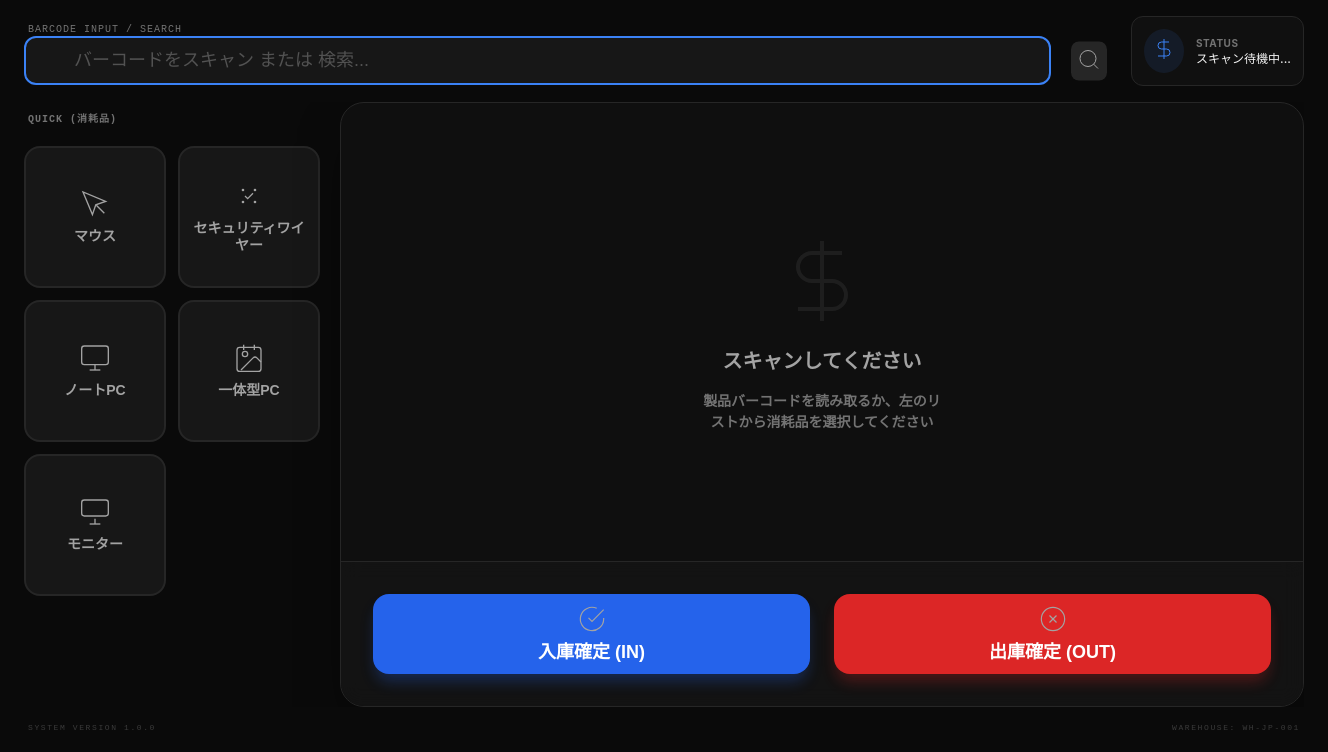
Repository: t-morika/Souko2_app
Page: index.html
An editor plug-in stored every save of this project. The page is shown before and after the next save, followed by the edit.
The browser window is 1280 px wide. The page is 1328 px wide, so the pictures cover 1328 px, including what lies to the right of the window. The pictures show the whole page.
The page's requests for data from a server got no answer.

Above is the page before, as saved 2026-04-29 10:57:02.

### index.html
<!DOCTYPE html>
<html lang="ja">
<head>
    <meta charset="UTF-8">
    <meta name="viewport" content="width=device-width, initial-scale=1.0">
    <title>PC機器在庫管理</title>
    <link rel="stylesheet" href="/static/style.css">
</head>
<body>
    <div class="app">
        <!-- Header / Input Section -->
        <header class="header">
            <div class="barcode-input-container">
                <label class="input-label">Barcode Input / Search</label>
                <div class="input-group">
                    <input
                        type="text"
                        id="barcode"
                        placeholder="バーコードをスキャン または 検索..."
                        class="barcode-input"
                    />
                    <button id="search-barcode" class="search-btn">
                        <svg class="icon" viewBox="0 0 24 24" fill="none" stroke="currentColor">
                            <circle cx="11" cy="11" r="8"></circle>
                            <path d="m21 21-4.35-4.35"></path>
                        </svg>
                    </button>
                </div>
            </div>
            <div class="status-indicator">
                <div class="status-icon">
                    <svg class="icon" viewBox="0 0 24 24" fill="none" stroke="currentColor">
                        <path d="M12 2v20M17 5H9.5a3.5 3.5 0 0 0 0 7h5a3.5 3.5 0 0 1 0 7H6"></path>
                    </svg>
                </div>
                <div class="status-text">
                    <span class="status-label">Status</span>
                    <span class="status-value">スキャン待機中...</span>
                </div>
            </div>
        </header>

        <main class="main">
            <!-- Quick Selection Section -->
            <section class="quick-section">
                <h2 class="section-title">Quick (消耗品)</h2>
                <div class="quick-grid">
                    <button class="quick-btn" data-product-id="1">
                        <svg class="icon" viewBox="0 0 24 24" fill="none" stroke="currentColor">
                            <path d="M3 3l7.07 16.97 2.51-7.39 7.39-2.51L3 3z"></path>
                            <path d="M13 13l6 6"></path>
                        </svg>
                        <span>マウス</span>
                    </button>
                    <button class="quick-btn" data-product-id="2">
                        <svg class="icon" viewBox="0 0 24 24" fill="none" stroke="currentColor">
                            <path d="M9 12l2 2 4-4"></path>
                            <circle cx="7.5" cy="7.5" r=".5"></circle>
                            <circle cx="16.5" cy="7.5" r=".5"></circle>
                            <circle cx="7.5" cy="16.5" r=".5"></circle>
                            <circle cx="16.5" cy="16.5" r=".5"></circle>
                        </svg>
                        <span>セキュリティワイヤー</span>
                    </button>
                    <button class="quick-btn" data-product-id="3">
                        <svg class="icon" viewBox="0 0 24 24" fill="none" stroke="currentColor">
                            <rect width="20" height="14" x="2" y="3" rx="2"></rect>
                            <line x1="8" x2="16" y1="21" y2="21"></line>
                            <line x1="12" x2="12" y1="17" y2="21"></line>
                        </svg>
                        <span>ノートPC</span>
                    </button>
                    <button class="quick-btn" data-product-id="4">
                        <svg class="icon" viewBox="0 0 24 24" fill="none" stroke="currentColor">
                            <rect width="18" height="18" x="3" y="4" rx="2" ry="2"></rect>
                            <line x1="16" x2="16" y1="2" y2="6"></line>
                            <line x1="8" x2="8" y1="2" y2="6"></line>
                            <circle cx="9" cy="9" r="2"></circle>
                            <path d="m21 15-3.086-3.086a2 2 0 0 0-2.828 0L6 21"></path>
                        </svg>
                        <span>一体型PC</span>
                    </button>
                    <button class="quick-btn" data-product-id="5">
                        <svg class="icon" viewBox="0 0 24 24" fill="none" stroke="currentColor">
                            <rect width="20" height="12" x="2" y="3" rx="2"></rect>
                            <line x1="8" x2="16" y1="21" y2="21"></line>
                            <line x1="12" x2="12" y1="17" y2="21"></line>
                        </svg>
                        <span>モニター</span>
                    </button>
                </div>
            </section>

            <!-- Info & Quantity Section -->
            <section class="product-section" id="product-section">
                <div class="product-detail" id="product-detail">
                    <div class="product-header">
                        <div class="product-info">
                            <span class="category-label" id="category-label">カテゴリ</span>
                            <h1 class="product-name" id="product-name">製品を選択してください</h1>
                        </div>
                        <button id="clear-product" class="clear-btn">
                            <svg class="icon" viewBox="0 0 24 24" fill="none" stroke="currentColor">
                                <path d="M3 6h18"></path>
                                <path d="M19 6v14c0 1-1 2-2 2H7c-1 0-2-1-2-2V6"></path>
                                <path d="M8 6V4c0-1 1-2 2-2h4c1 0 2 1 2 2v2"></path>
                            </svg>
                        </button>
                    </div>

                    <div class="product-tags" id="product-tags">
                        <!-- Tags will be populated here -->
                    </div>

                    <!-- Quantity Adjustment -->
                    <div class="quantity-adjust">
                        <span class="section-label">Adjust Quantity</span>
                        <div class="quantity-controls">
                            <button id="quantity-minus" class="quantity-btn">
                                <svg class="icon" viewBox="0 0 24 24" fill="none" stroke="currentColor">
                                    <path d="M5 12h14"></path>
                                </svg>
                            </button>
                            <input type="number" id="quantity" min="1" value="1" class="quantity-input">
                            <button id="quantity-plus" class="quantity-btn">
                                <svg class="icon" viewBox="0 0 24 24" fill="none" stroke="currentColor">
                                    <path d="M12 5v14"></path>
                                    <path d="M5 12h14"></path>
                                </svg>
                            </button>
                        </div>
                    </div>
                </div>

                <!-- Execution Section -->
                <div class="execution-section">
                    <button id="stock-in" class="action-btn in-btn">
                        <svg class="icon" viewBox="0 0 24 24" fill="none" stroke="currentColor">
                            <path d="M22 11.08V12a10 10 0 1 1-5.93-9.14"></path>
                            <polyline points="22,4 12,14.01 9,11.01"></polyline>
                        </svg>
                        <span>入庫確定 (IN)</span>
                    </button>
                    <button id="stock-out" class="action-btn out-btn">
                        <svg class="icon" viewBox="0 0 24 24" fill="none" stroke="currentColor">
                            <circle cx="12" cy="12" r="10"></circle>
                            <path d="m15 9-6 6"></path>
                            <path d="m9 9 6 6"></path>
                        </svg>
                        <span>出庫確定 (OUT)</span>
                    </button>
                </div>
            </section>
        </main>

        <!-- Notifications -->
        <div class="notifications" id="notifications"></div>

        <!-- Footer -->
        <footer class="footer">
            <span>System Version 1.0.0</span>
            <span>Warehouse: WH-JP-001</span>
        </footer>
    </div>
    <script src="/static/script.js"></script>
</body>
</html>

### style.css
/* Dark theme inspired by inventory-flow-pro */
body {
    margin: 0;
    padding: 0;
    font-family: 'Inter', -apple-system, BlinkMacSystemFont, 'Segoe UI', Roboto, sans-serif;
    background-color: #0a0a0a;
    color: #f5f5f5;
    height: 100vh;
    width: 100vw;
    overflow: hidden;
}

.app {
    display: flex;
    flex-direction: column;
    height: 100vh;
    width: 100vw;
    padding: 1rem 1.5rem;
    gap: 1rem;
}

/* Header */
.header {
    display: grid;
    grid-template-columns: 1fr auto;
    gap: 1rem;
    flex-shrink: 0;
}

.input-label {
    font-size: 10px;
    font-family: 'JetBrains Mono', monospace;
    text-transform: uppercase;
    letter-spacing: 0.1em;
    color: #737373;
    margin-left: 0.25rem;
    margin-bottom: 0.25rem;
}

.input-group {
    position: relative;
}

.barcode-input {
    width: 85%;
    background-color: #171717;
    border: 2px solid #262626;
    border-radius: 0.75rem;
    padding: 0.75rem 3rem 0.75rem 3rem;
    font-size: 1.125rem;
    outline: none;
    transition: border-color 0.2s;
    color: #f5f5f5;
}

.barcode-input:focus {
    border-color: #3b82f6;
}

.barcode-input::placeholder {
    color: #525252;
}

.search-btn {
    position: absolute;
    right: 0.5rem;
    top: 50%;
    transform: translateY(-50%);
    background-color: #262626;
    border: none;
    padding: 0.375rem;
    border-radius: 0.5rem;
    cursor: pointer;
    transition: background-color 0.2s;
}

.search-btn:hover {
    background-color: #404040;
}

.icon {
    width: 1.5rem;
    height: 1.5rem;
    color: #a3a3a3;
}

.status-indicator {
    display: flex;
    align-items: center;
    gap: 0.75rem;
    background-color: rgba(23, 23, 23, 0.5);
    padding: 0.75rem;
    border-radius: 0.75rem;
    border: 1px solid #262626;
}

.status-icon {
    padding: 0.5rem;
    background-color: rgba(59, 130, 246, 0.1);
    border-radius: 50%;
}

.status-icon .icon {
    color: #3b82f6;
}

.status-text {
    display: flex;
    flex-direction: column;
}

.status-label {
    font-size: 10px;
    color: #737373;
    text-transform: uppercase;
    font-weight: bold;
    letter-spacing: 0.05em;
}

.status-value {
    font-size: 0.75rem;
    font-weight: 500;
}

/* Main */
.main {
    flex: 1;
    display: grid;
    grid-template-columns: 300px 1fr;
    gap: 1rem;
    overflow: hidden;
}

/* Quick Section */
.quick-section {
    display: flex;
    flex-direction: column;
    gap: 0.75rem;
    overflow: hidden;
}

.section-title {
    font-size: 10px;
    font-family: 'JetBrains Mono', monospace;
    text-transform: uppercase;
    letter-spacing: 0.1em;
    color: #737373;
    margin-left: 0.25rem;
    flex-shrink: 0;
}

.quick-grid {
    display: grid;
    grid-template-columns: repeat(2, 1fr);
    gap: 0.75rem;
    overflow-y: auto;
    padding-right: 0.25rem;
    padding-bottom: 0.5rem;
}

.quick-btn {
    display: flex;
    flex-direction: column;
    align-items: center;
    justify-content: center;
    gap: 0.5rem;
    aspect-ratio: 1;
    border-radius: 1rem;
    border: 2px solid #262626;
    background-color: #171717;
    color: #a3a3a3;
    transition: all 0.2s;
    cursor: pointer;
    padding: 0.5rem;
}

.quick-btn:hover {
    background-color: #262626;
    border-color: #404040;
}

.quick-btn.active {
    background-color: rgba(59, 130, 246, 0.1);
    border-color: #3b82f6;
    color: #3b82f6;
}

.quick-btn .icon {
    width: 2rem;
    height: 2rem;
}

.quick-btn span {
    font-weight: bold;
    font-size: 0.875rem;
    text-align: center;
    line-height: 1.2;
}

/* Product Section */
.product-section {
    background-color: rgba(23, 23, 23, 0.4);
    border: 1px solid #262626;
    border-radius: 1.5rem;
    overflow: hidden;
    display: flex;
    flex-direction: column;
    box-shadow: 0 25px 50px -12px rgba(0, 0, 0, 0.5);
}

.product-detail {
    flex: 1;
    overflow-y: auto;
    padding: 2rem;
    display: flex;
    flex-direction: column;
    gap: 2rem;
}

.product-header {
    display: flex;
    align-items: flex-start;
    justify-content: space-between;
}

.product-info {
    display: flex;
    flex-direction: column;
    gap: 0.25rem;
}

.category-label {
    font-size: 0.75rem;
    font-weight: bold;
    text-transform: uppercase;
    letter-spacing: 0.2em;
    color: #3b82f6;
}

.product-name {
    font-size: 2.25rem;
    font-weight: 900;
    color: white;
    line-height: 1.2;
    margin: 0;
}

.clear-btn {
    padding: 0.5rem;
    background-color: transparent;
    border: none;
    color: #737373;
    cursor: pointer;
    transition: color 0.2s;
}

.clear-btn:hover {
    color: #ef4444;
}

.product-tags {
    display: flex;
    flex-wrap: wrap;
    gap: 0.5rem;
}

.tag {
    padding: 0.375rem 1rem;
    background-color: #262626;
    border-radius: 9999px;
    font-size: 0.75rem;
    font-weight: bold;
    border: 1px solid #404040;
}

.tag.maker {
    font-size: 0.75rem;
}

.tag.id {
    font-family: 'JetBrains Mono', monospace;
    font-size: 10px;
}

/* Quantity Adjustment */
.quantity-adjust {
    display: flex;
    flex-direction: column;
    gap: 0.75rem;
}

.section-label {
    font-size: 10px;
    font-family: 'JetBrains Mono', monospace;
    text-transform: uppercase;
    letter-spacing: 0.1em;
    color: #737373;
}

.quantity-controls {
    display: flex;
    align-items: center;
    gap: 1.5rem;
}

.quantity-btn {
    width: 4rem;
    height: 4rem;
    background-color: #262626;
    border: 2px solid #404040;
    border-radius: 1rem;
    color: white;
    cursor: pointer;
    transition: background-color 0.2s;
    display: flex;
    align-items: center;
    justify-content: center;
}

.quantity-btn:hover {
    background-color: #404040;
}

.quantity-input {
    width: 6rem;
    height: 4rem;
    background-color: transparent;
    border: none;
    border-bottom: 4px solid #262626;
    text-align: center;
    font-size: 2.5rem;
    font-weight: 900;
    outline: none;
    color: white;
    transition: border-color 0.2s;
}

.quantity-input:focus {
    border-color: #3b82f6;
}

/* Execution Section */
.execution-section {
    flex-shrink: 0;
    padding: 2rem;
    border-top: 1px solid #262626;
    background-color: rgba(23, 23, 23, 0.6);
    backdrop-filter: blur(10px);
    display: grid;
    grid-template-columns: 1fr 1fr;
    gap: 1.5rem;
}

.action-btn {
    display: flex;
    flex-direction: column;
    align-items: center;
    justify-content: center;
    gap: 0.25rem;
    height: 5rem;
    border-radius: 1rem;
    border: none;
    color: white;
    font-weight: 900;
    font-size: 1.125rem;
    cursor: pointer;
    transition: all 0.2s;
    box-shadow: 0 10px 15px -3px rgba(0, 0, 0, 0.3);
}

.in-btn {
    background-color: #2563eb;
    box-shadow: 0 10px 15px -3px rgba(37, 99, 235, 0.3);
}

.in-btn:hover {
    background-color: #1d4ed8;
}

.out-btn {
    background-color: #dc2626;
    box-shadow: 0 10px 15px -3px rgba(220, 38, 38, 0.3);
}

.out-btn:hover {
    background-color: #b91c1c;
}

.action-btn .icon {
    width: 1.75rem;
    height: 1.75rem;
}

/* Notifications */
.notifications {
    position: fixed;
    bottom: 5rem;
    right: 2rem;
    z-index: 50;
    display: flex;
    flex-direction: column;
    gap: 0.75rem;
}

.notification {
    padding: 1rem;
    border-radius: 0.75rem;
    box-shadow: 0 25px 50px -12px rgba(0, 0, 0, 0.5);
    display: flex;
    align-items: center;
    gap: 0.75rem;
    border-left: 4px solid;
    max-width: 20rem;
    backdrop-filter: blur(10px);
}

.notification.in {
    background-color: rgba(23, 23, 23, 0.9);
    border-left-color: #3b82f6;
    color: #dbeafe;
}

.notification.out {
    background-color: rgba(23, 23, 23, 0.9);
    border-left-color: #ef4444;
    color: #fecaca;
}

.notification-icon {
    padding: 0.375rem;
    border-radius: 0.5rem;
}

.notification.in .notification-icon {
    background-color: #3b82f6;
}

.notification.out .notification-icon {
    background-color: #ef4444;
}

.notification-icon .icon {
    width: 1rem;
    height: 1rem;
    color: white;
}

.notification-message {
    font-weight: bold;
    font-size: 0.875rem;
}

/* Footer */
.footer {
    flex-shrink: 0;
    display: flex;
    justify-content: space-between;
    align-items: center;
    padding: 0 0.25rem;
    opacity: 0.2;
    font-size: 8px;
    font-family: 'JetBrains Mono', monospace;
    text-transform: uppercase;
    letter-spacing: 0.2em;
    padding-bottom: 0.25rem;
}

/* Responsive */
@media (max-width: 768px) {
    .app {
        padding: 0.5rem 1rem;
    }

    .header {
        grid-template-columns: 1fr;
        gap: 0.5rem;
    }

    .status-indicator {
        justify-self: flex-end;
    }

    .main {
        grid-template-columns: 1fr;
        gap: 0.5rem;
    }

    .quick-grid {
        grid-template-columns: repeat(3, 1fr);
    }

    .product-name {
        font-size: 1.875rem;
    }

    .quantity-controls {
        gap: 1rem;
    }

    .quantity-btn {
        width: 3rem;
        height: 3rem;
    }

    .quantity-input {
        width: 4rem;
        height: 3rem;
        font-size: 2rem;
    }

    .execution-section {
        padding: 1rem;
        grid-template-columns: 1fr;
        gap: 0.75rem;
    }

    .action-btn {
        height: 4rem;
        font-size: 1rem;
    }

    .notifications {
        right: 1rem;
        bottom: 4rem;
    }
}

/* Placeholder state */
.placeholder {
    flex: 1;
    display: flex;
    flex-direction: column;
    align-items: center;
    justify-content: center;
    text-align: center;
    color: #737373;
    gap: 1rem;
    padding: 2rem;
}

.placeholder .icon {
    width: 6rem;
    height: 6rem;
    opacity: 0.1;
}

.placeholder p {
    font-size: 1.25rem;
    font-weight: bold;
    color: #a3a3a3;
    margin: 0;
}

.placeholder .description {
    font-size: 0.875rem;
    color: #737373;
    max-width: 15rem;
    line-height: 1.5;
}

Loaded but not shown: script.js (230 lines, source omitted)

After the next save:
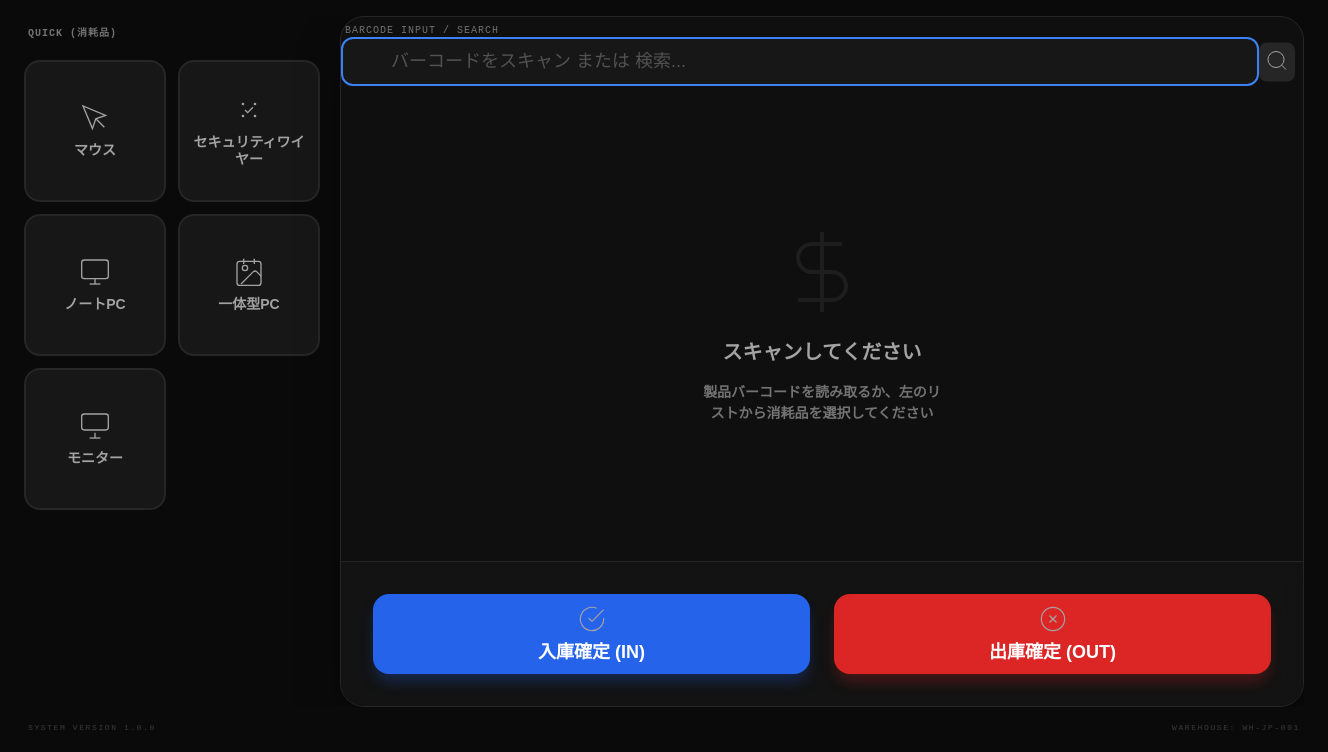
Saved 40 min 36 s later.
--- a/index.html
+++ b/index.html
@@ -8,38 +8,6 @@
 </head>
 <body>
     <div class="app">
-        <!-- Header / Input Section -->
-        <header class="header">
-            <div class="barcode-input-container">
-                <label class="input-label">Barcode Input / Search</label>
-                <div class="input-group">
-                    <input
-                        type="text"
-                        id="barcode"
-                        placeholder="バーコードをスキャン または 検索..."
-                        class="barcode-input"
-                    />
-                    <button id="search-barcode" class="search-btn">
-                        <svg class="icon" viewBox="0 0 24 24" fill="none" stroke="currentColor">
-                            <circle cx="11" cy="11" r="8"></circle>
-                            <path d="m21 21-4.35-4.35"></path>
-                        </svg>
-                    </button>
-                </div>
-            </div>
-            <div class="status-indicator">
-                <div class="status-icon">
-                    <svg class="icon" viewBox="0 0 24 24" fill="none" stroke="currentColor">
-                        <path d="M12 2v20M17 5H9.5a3.5 3.5 0 0 0 0 7h5a3.5 3.5 0 0 1 0 7H6"></path>
-                    </svg>
-                </div>
-                <div class="status-text">
-                    <span class="status-label">Status</span>
-                    <span class="status-value">スキャン待機中...</span>
-                </div>
-            </div>
-        </header>
-
         <main class="main">
             <!-- Quick Selection Section -->
             <section class="quick-section">
@@ -93,6 +61,23 @@
 
             <!-- Info & Quantity Section -->
             <section class="product-section" id="product-section">
+                <div class="barcode-input-container product-panel-barcode">
+                    <label class="input-label">Barcode Input / Search</label>
+                    <div class="input-group">
+                        <input
+                            type="text"
+                            id="barcode"
+                            placeholder="バーコードをスキャン または 検索..."
+                            class="barcode-input"
+                        />
+                        <button id="search-barcode" class="search-btn">
+                            <svg class="icon" viewBox="0 0 24 24" fill="none" stroke="currentColor">
+                                <circle cx="11" cy="11" r="8"></circle>
+                                <path d="m21 21-4.35-4.35"></path>
+                            </svg>
+                        </button>
+                    </div>
+                </div>
                 <div class="product-detail" id="product-detail">
                     <div class="product-header">
                         <div class="product-info">
